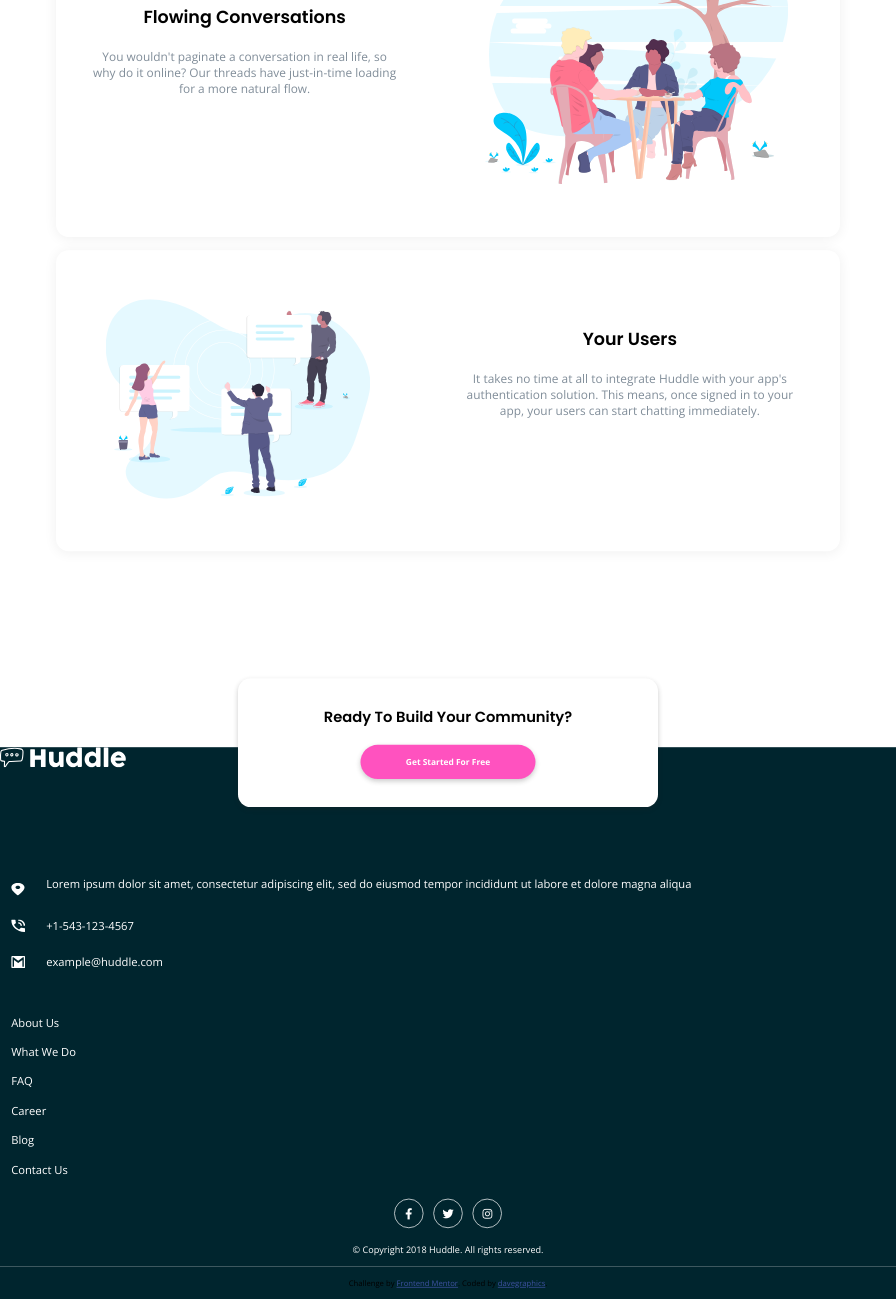
Repository: DejV44/Huddle-landing-page
Page: index.html
The author's editor kept a copy of each file at every save. The page is drawn from the files as they stood at one save, then again after the next save.
The browser window is 1280 px wide. The pictures show the part of the page from y = 1269 to 3189 px (the page is 3125 px tall before and 3189 px after), at 70% of full size.
The style sheet was rebuilt from its Sass, Less or Tailwind sources for each picture, by a compiler version that may differ from the author's.

Above is the page before, as saved 2021-08-22 14:18:55.

### index.html
<!DOCTYPE html>
<html lang="en">
<head>
  <meta charset="UTF-8">
  <meta name="viewport" content="width=device-width, initial-scale=1.0"> <!-- displays site properly based on user's device -->
  <link rel="stylesheet" href="/css/style.css">
  <link rel="stylesheet" href="/fontawesome-free-5.15.3-web/css/all.css">
  <link rel="icon" type="image/png" sizes="32x32" href="./images/favicon-32x32.png">

  <title>Frontend Mentor | Huddle landing page with alternating feature blocks</title>

</head>
<body>
  <header>
    <div class="nav">
      <div class="logo">
        <img src="/images/logo.svg" alt="logo">
      </div>
      <a href="#">Try It Free</a>
    </div>
    <content class="main">
      <article class="building">
        <h1>Build The Community Your Fans Will Love</h1>
        <h3> Huddle re-imagines the way we build communities. You have a voice, but so does your audience.
        Create connections with your users as you engage in genuine discussion.</h3>
        <a class="main-btn" href="#">Get Started For Free</a>
      </article>
      <div class="img-main">
        <img class="img" src="/images/illustration-mockups.svg" alt="">
      </div>
    </content>

  </header>
  <section class="cards">
    <div class="card-one">
      <div class="img-cards">
        <img src="/images/illustration-grow-together.svg" alt="">
      </div>
      <content class="card">
        <h2>Grow Together</h2>
        <p>Generate meaningful discussions with your audience and build a strong, loyal community.
        Think of the insightful conversations you miss out on with a feedback form.</p>
      </content>
    </div>
    <div class="card-two">
      <div class="img-cards">
        <img src="/images/illustration-flowing-conversation.svg" alt="">
      </div>
      <content class="card">
        <h2>Flowing Conversations</h2>
        <p>You wouldn't paginate a conversation in real life, so why do it online? Our threads
        have just-in-time loading for a more natural flow.</p>
      </content>
    </div>
    <div class="card-three">
      <div class="img-cards">
        <img src="/images/illustration-your-users.svg" alt="">
      </div>
      <content class="card">
        <h2>Your Users</h2>
        <p>It takes no time at all to integrate Huddle with your app's authentication solution.
        This means, once signed in to your app, your users can start chatting immediately.</p>
      </content>
    </div>
    <container class="ready">
      <h2>Ready To Build Your Community?</h2>
      <a href="#">Get Started For Free</a>
    </container>
  </section>
  <footer>
    <container class="footer">
      <img src="/images/logoWhite.svg" alt="logo">
      <div class="section1 col-1">
        <div class="info">
          <img src="/images/icon-location.svg" alt="location">
          <p>Lorem ipsum dolor sit amet, consectetur adipiscing elit, sed do eiusmod tempor
          incididunt ut labore et dolore magna aliqua</p>
        </div>
        <div class="phone">
          <img src="/images/icon-phone.svg" alt="phone">
          <a href="tel:+1-543-123-4567">+1-543-123-4567</a>
        </div>
        <div class="mail">
          <img src="/images/icon-email.svg" alt="email">
          <a href="example@huddle.com">example@huddle.com</a>
        </div>
      </div>
      <div class="section2 col-2">
        <ul>
          <li><a href="#">About Us</a></li>
          <li><a href="#">What We Do</a></li>
          <li><a href="#">FAQ</a></li>
        </ul>
      </div>
      <div class="section3 col-3">
        <ul>
          <li><a href="#">Career</a></li>
          <li><a href="#">Blog</a></li>
          <li><a href="#">Contact Us</a></li>
        </ul>
      </div>
      <div class="copyright col-4">
        <div class="social">
          <span><i class="fab fa-facebook-f"></i></span>
          <span><i class="fab fa-twitter"></i></span>
          <span><i class="fab fa-instagram"></i></span>
        </div>
        <p>&copy; Copyright 2018 Huddle. All rights reserved.</p>
      </div>
    </container>
  </footer>
  <footer>
    <p class="attribution">
      Challenge by <a href="https://www.frontendmentor.io?ref=challenge" target="_blank">Frontend Mentor</a>.
      Coded by <a href="#">davegraphics</a>.
    </p>
  </footer>
</body>
</html>

### css/style.scss
* {
    margin: 0;
    padding: 0;
    //font-family: 'Poppins', sans-serif;
    -webkit-font-smoothing: antialiased;
}

body {
    font-family: 'Open Sans', sans-serif;
}

// ---FONTS---
@import url('https://fonts.googleapis.com/css2?family=Open+Sans:wght@400;700&display=swap');
@import url('https://fonts.googleapis.com/css2?family=Poppins:wght@600&display=swap');

@import "variables";
@import "mixin";

@import "cards";
@import "header";
@import "footer";

### css/_variables.scss
$Pink: hsl(322, 100%, 66%);
$PinkHover: hsl(322, 97%, 72%);
$VeryPaleCyan: hsl(193, 100%, 96%);
$VeryDarkCyan: hsl(192, 100%, 9%);
$GrayishBlue: hsl(208, 11%, 55%);

### css/_mixin.scss
@mixin cards {
    display: flex;
    flex-direction: column;
    margin: 1.2rem auto 1rem auto;
    text-align: center;
    box-shadow: rgba(0, 0, 0, 0.068) 0px 2px 18px;
    border-radius: 18px;
    align-items: center;
    @media (min-width: 768px) {
        flex-direction: row;

    }


    .card {

        display: block;
        margin: auto 3rem;
        h2 {
            padding-bottom: 1.5rem;
            font-size: 25px;
            font-family: 'Poppins', sans-serif
        }
        p {
            display: block;
            font-size: 17px;
            color: $GrayishBlue;
            padding-bottom: 3rem;
            margin-bottom: 2rem;

        }
    }
    .img-cards {
        display: block;
        padding: 30px 50px;
        margin: auto;

            img {
                width: 90%;
                margin: 40px auto;
            }
    }
}

### css/_cards.scss
.cards {
    padding: 1rem;
    margin: 0 auto;
    box-sizing: border-box;


    .card-one, .card-two, .card-three {
        @include cards;
    }

    .ready {
        display: block;
        box-sizing: border-box;
        text-align: center;
        transform: translateY(50%);
        background-color: white;
        margin: 0 auto;
        padding: 1rem 1rem;
        box-shadow: rgba(39, 39, 39, 0.24) 0px 3px 8px;
        max-width: 600px;
        text-align: center;
        align-items: center;
        border-radius: 18px;
        h2 {
            font-size: 21px;
            font-family: 'Poppins', sans-serif;
            margin: 1.5rem auto;
        }

        a {
            display: block;
            text-decoration: none;
            font-weight: 600;
            font-size: 12px;
            margin: 1.5rem auto;
            padding: 1rem 0;
            max-width: 250px;
            border-radius: 30px;
            background: $Pink;
            color: white;
            box-shadow: rgba(39, 39, 39, 0.24) 0px 3px 8px;

            &:hover {
                background: $PinkHover;
            }
        }
        @media (min-width: 768px) {
            transform: translateY(90%);
        }

    }

}

@media (min-width: 768px) {
    .cards {
       padding: 5rem;

       .card-two {
        flex-direction: row-reverse;
    }
    }




}

### css/_header.scss
header {
    background: url(/images/bg-hero-mobile.svg);
    background-color: rgba(241, 241, 255, 0.425);
    background-size: cover;
    background-position: center;
    background-repeat: no-repeat;
    text-align: center;
    @media (min-width: 768px) {
        background: url(/images/bg-hero-desktop.svg);
        background-color: rgba(241, 241, 255, 0.479);
        background-size: cover;
    }


    .nav {
        display: flex;
        justify-content: space-between;
        padding: 2rem 1.6rem;
        @media (min-width: 768px) {
            padding: 2rem 5rem;

        }

        img {
            width: 120px;

            @media (min-width: 768px) {
                width: 150px;

            }
        }

        a {
            text-decoration: none;
            font-size: 13px;
            font-weight: 600;
            margin-top: -4px;
            padding: 0.3rem 1.7rem;
            background-color: white;
            border-radius: 25px;
            box-shadow: rgba(99, 99, 99, 0.24) 0px 3px 8px;

            @media (min-width: 768px) {
                margin-top: 0;
                padding: 0.5rem 1.7rem;
                text-align: center;

            }
            &:hover {
                color: $GrayishBlue;
            }


        }

    }
    .main {

        margin: 0 auto;

        .building {
            margin: 4rem 3rem 2rem 3rem;
            max-width: 410px;


            h1 {
                margin: 0 1rem;
                font-size: 28px;
                font-family: 'Poppins', sans-serif
            }

            h3 {
                font-weight: 400;
                font-size: 18px;
                margin: 1.5rem 0;
                line-height: 30px;
            }

            .main-btn {

                display: block;
                text-decoration: none;
                font-weight: 600;
                font-size: 12px;
                margin: 1.5rem auto;
                padding: 1rem 0;
                max-width: 280px;
                border-radius: 30px;
                background: $Pink;
                color: white;
                box-shadow: rgba(39, 39, 39, 0.24) 0px 3px 8px;
                @media (min-width: 768px) {
                    margin: 1.5rem 0 1.5rem 0.8rem;

                }

                &:hover {
                background: $PinkHover;
                }
            }

        }
        .img-main {
            padding: 15px 50px;



            .img {
                width: 100%;
                margin-bottom: 40px;
                @media (min-width: 768px) {
                    margin-bottom: 0;

                }
            }
        }
    }


}

@media (min-width: 768px) {
    .main {
        display: flex;
        align-items: center;

        .building {
            padding: 1rem;

            h1 {
                text-align: left;
                padding-left: 0;
            }

            h3 {
                text-align: left;
                padding-left: 1rem;
            }


        }

    }
}

### css/_footer.scss
footer {
    background-color: $VeryDarkCyan;

    img {
             width: 180px;


         }
    .section1 {
        padding: 150px 1rem 2rem 1rem;
        color: white;

        img {
            width: 180px;
            padding-bottom: 1.5rem;
        }

        .info, .phone, .mail {
            display: flex;
            img {
                width: 20px;
                height: 18px;
                margin-right: 30px;
                margin-top: 10px;
            }
            p {
                cursor: pointer;
                padding-bottom: 30px;
            }
            a {

                text-decoration: none;
                margin-top: 8px;
                color: white;
            }
        }



    }

    .section2, .section3 {
        box-sizing: border-box;

        ul {
            color: white;
            margin-left: 1rem;
            li {
                list-style: none;
                padding: 10px 0;
                a {
                    text-decoration: none;
                    color: white;
                    &:hover {
                    border-bottom: 1px solid white;
                    }
                }

            }
        }

    }
    .copyright {
        text-align: center;
        .social {
            text-align: center;
            display: block;
            margin: 1rem auto;
            color: white;


            span {
                border: 1px solid white;
                border-radius: 50%;
                width: 40px;
                height: 40px;
                display: inline-flex;
                align-items: center;
                justify-content: center;
                cursor: pointer;
                margin: 5px;
                &:hover {
                    color: $Pink;
                    border: 1px solid $Pink;
                }


            }

            i {
                font-family: 'Font Awesome 5 Brands';
                display: inline-block;
                font-style: normal;
                font-variant: normal;
                text-rendering: auto;
                line-height: 1;
                padding: 12px;
                border-radius: 50%;
            }

        }
        p {
            font-size: 13px;
            color: white;
            padding-bottom: 1rem;
        }
    }
}





.attribution {
    font-size: 11px;
    text-align: center;
    padding: 1rem;
    a {
    color: hsl(228, 45%, 44%);
    }
}

Loaded but not shown: fontawesome-free-5.15.3-web/css/all.css (library)

After the next save:
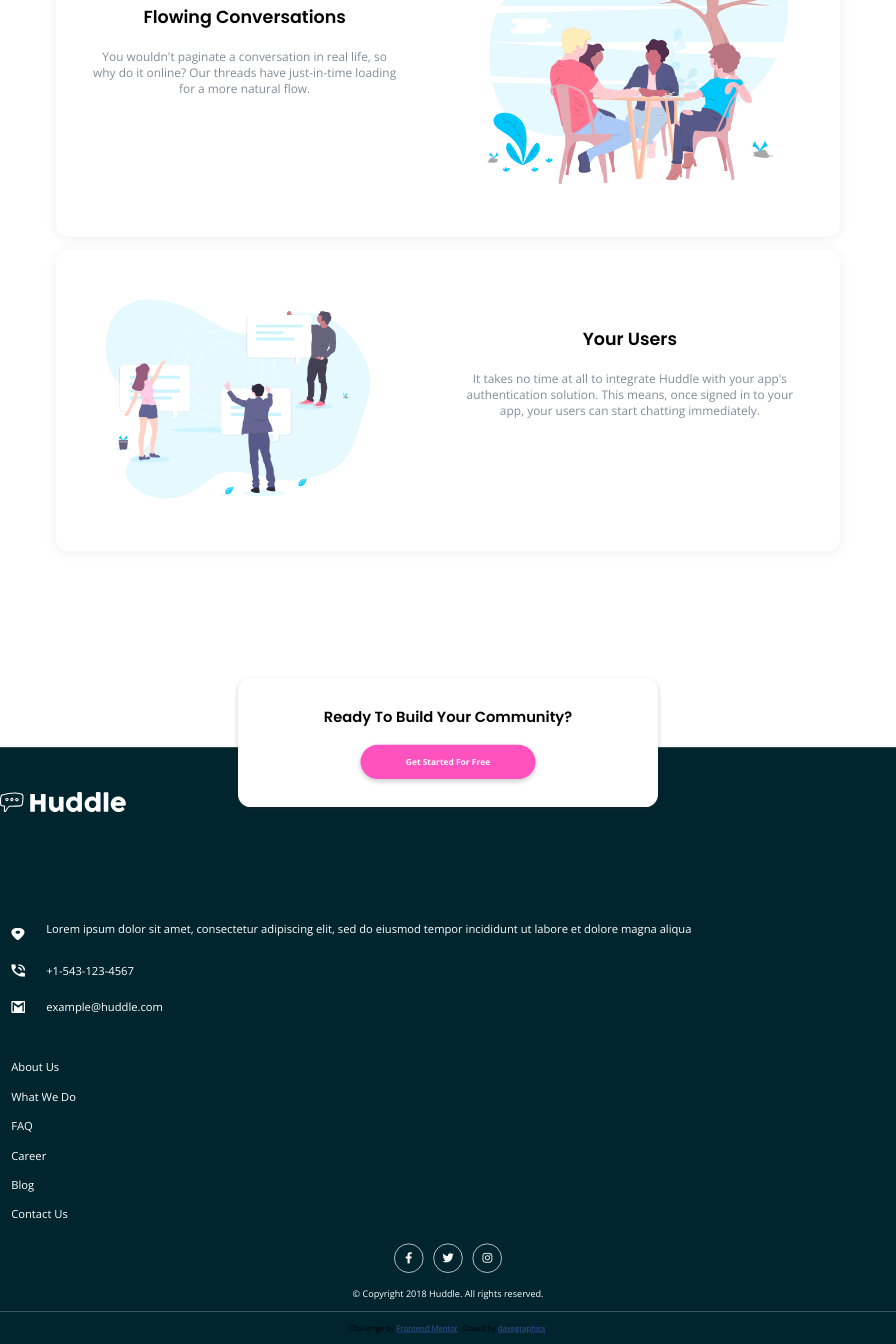
Saved 33 s later.
--- a/css/_footer.scss
+++ b/css/_footer.scss
@@ -3,7 +3,7 @@ footer {
 
     img {
              width: 180px;
-
+             margin-top: 4rem;
 
          }
     .section1 {
